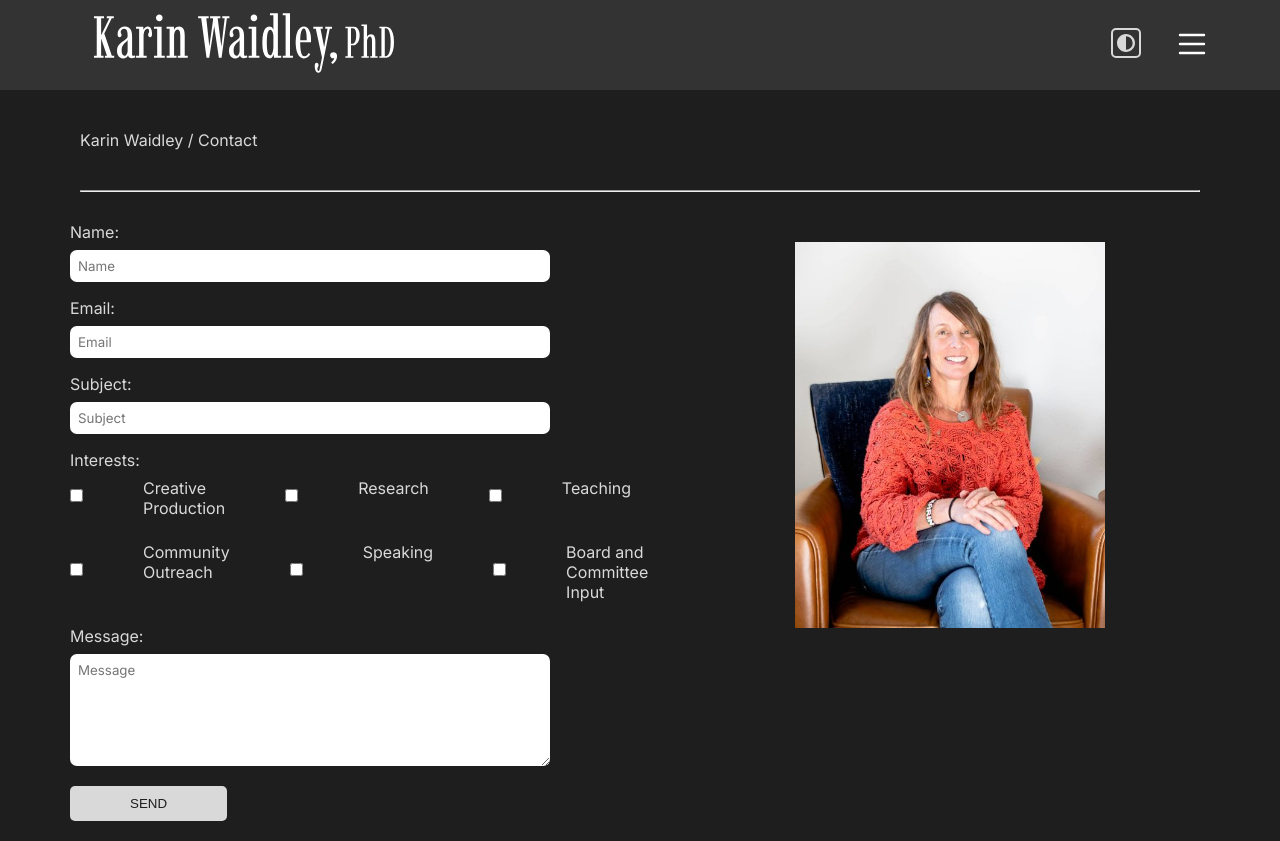
Repository: Ceasor7/Karin
Page: contact.html
An editor plug-in stored every save of this project. The page is shown before and after the next save, followed by the edit.
The browser window is 1280 px wide. The pictures show the whole page.

Above is the page before, as saved 2023-12-16 00:57:16.

After the next save:
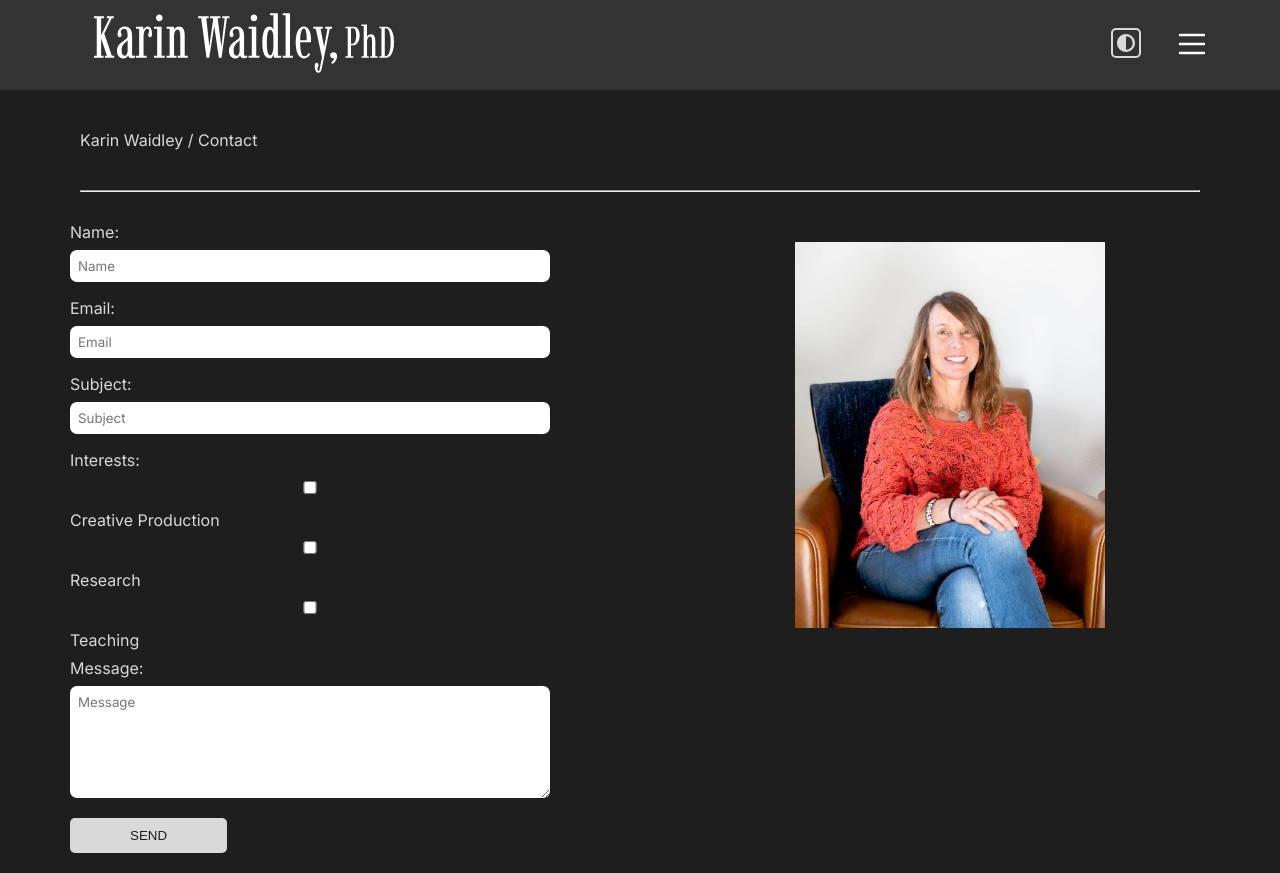
Saved 109 s later.
--- a/contact.html
+++ b/contact.html
@@ -177,16 +177,6 @@
             margin-top: 40px;
             margin-left: 80px;
             margin-right: 80px;
-        }
-
-        /*checkboxes*/
-        .checkbox-group {
-            display: flex;
-            margin-bottom: 16px;
-        }
-
-        input[type="checkbox"] {
-            margin-right: 0;
         }
 
         /* sidebar menu */
@@ -292,16 +282,7 @@
                         <input type="checkbox" id="teaching" name="interests[]" value="training">
                         <label for="training">Teaching</label>
                     </div>
-                    <div class="checkbox-group">
-                        <input type="checkbox" id="community-outreach" name="interests[]" value="speaking">
-                        <label for="speaking">Community Outreach</label>
-
-                        <input type="checkbox" id="speaking" name="interests[]" value="research">
-                        <label for="research">Speaking</label>
-
-                        <input type="checkbox" id="boardCommittee" name="interests[]" value="training">
-                        <label for="training">Board and Committee Input</label>
-                    </div>
+
 
                     <label for="message">Message:</label>
                     <textarea id="message" placeholder="Message" name="message" rows="6" required></textarea>
